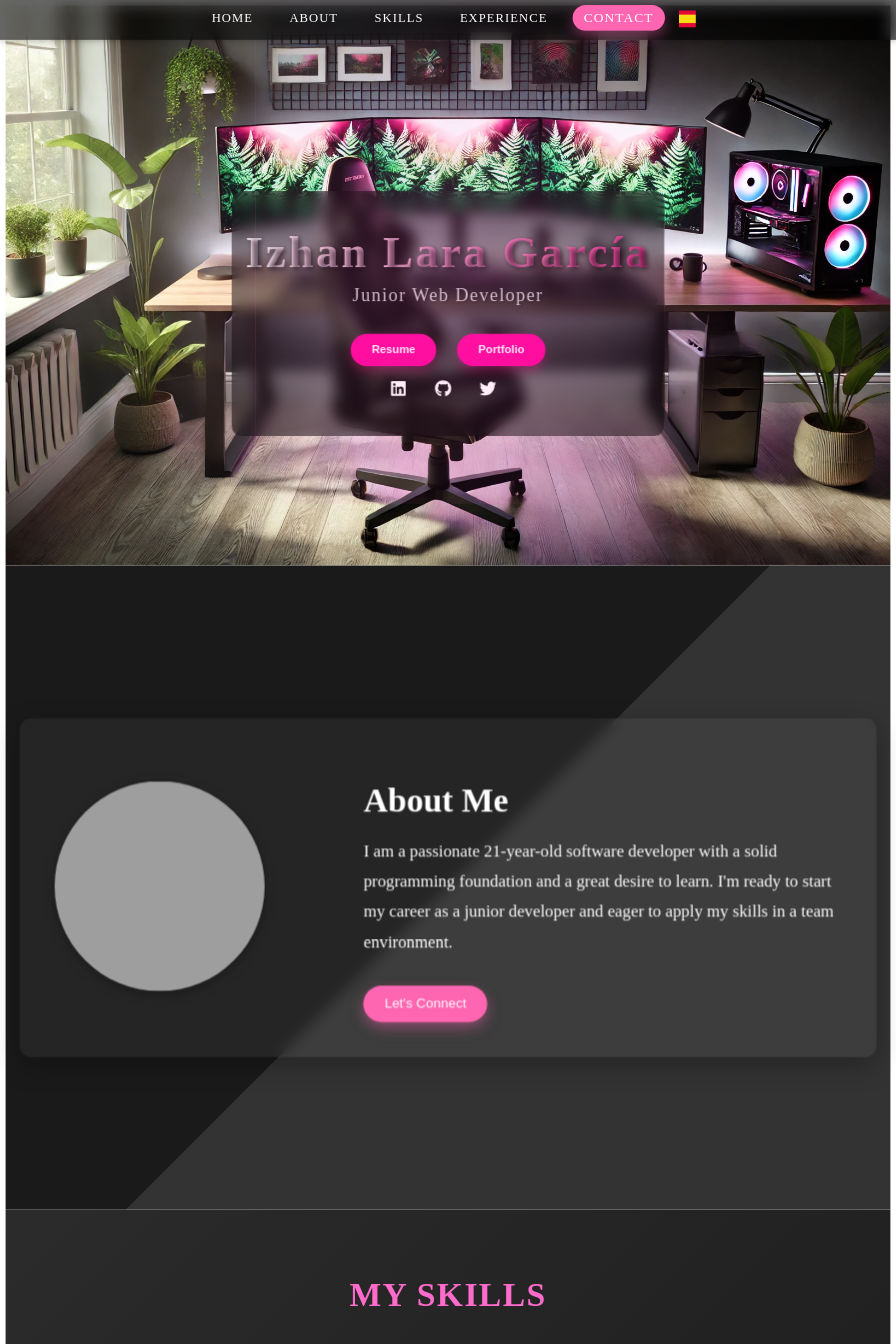
Repository: izhanlaraagarcia/izhanlaraagarcia.github.io
Page: / (app in vite-project/)
The author's editor kept a copy of each file at every save. The page is drawn from the files as they stood at one save, then again after the next save.
The browser window is 1280 px wide. The pictures show the part of the page from y = 0 to 1920 px (the page is 3164 px tall before and 3984 px after), at 70% of full size.
Pictures or frames that could not be fetched are drawn as grey boxes. The project was rebuilt for these pictures with package versions that can differ from the ones it lists, and the page was loaded fresh each time. Also part of the build but not shown: vite-project/vite.config.js.

Above is the page before, as saved 2024-09-18 12:52:30.

### vite-project/index.html
<!doctype html>
<html lang="en">

<head>
  <meta charset="UTF-8" />
  <link rel="shortcut icon" href="./public/favicon.ico" type="image/x-icon">
  <meta name="viewport" content="width=device-width, initial-scale=1.0" />
  <title>IzzyLG</title>
</head>

<body>
  <div id="root"></div>
  <script type="module" src="/src/main.jsx"></script>
</body>

</html>

### vite-project/src/App.jsx
// App.js
import React, { useState } from 'react';
import HeaderComponent from './components/HeaderComponent';
import SkillsComponent from './components/SkillsComponent';
// import ExperienceComponent from './components/ExperienceComponent';
import FooterComponent from './components/FooterComponent';
// import { Link } from 'react-scroll';


function App() {
  const [language, setLanguage] = useState('en');

  const toggleLanguage = () => {
    setLanguage(prevLang => (prevLang === 'en' ? 'es' : 'en'));
  };
  return (
    <div className="App">
      <HeaderComponent onLanguageToggle={toggleLanguage} />
      <SkillsComponent language={language} />
      {/* <ExperienceComponent /> */}
      <FooterComponent />
    </div>
  );
}

export default App;

### vite-project/src/components/HeaderComponent.jsx
import React, { useState } from 'react';
import { motion } from 'framer-motion';
import { Link } from 'react-scroll';
import { FaLinkedin, FaGithub, FaTwitter } from 'react-icons/fa';
import USFlag from '../assets/us-flag.png';
import ESFlag from '../assets/es-flag.png';
import AboutComponent from './AboutComponent';  // Asegúrate de importar el componente About
import SkillsComponent from './SkillsComponent';

const HeaderComponent = () => {
  const [language, setLanguage] = useState('en');

  const translations = {
    en: {
      name: "Izhan Lara García",
      title: "Junior Web Developer",
      resume: "Resume",
      portfolio: "Portfolio",
      menu: {
        home: "Home",
        about: "About",
        skills: "Skills",
        experience: "Experience",
        contact: "Contact",
      },
      about: {
        title: "About Me",
        description: "I am a passionate web developer with a love for creating dynamic and interactive web experiences. With over 5 years of experience in web development, I specialize in React, JavaScript, and CSS animations. My goal is to craft meaningful and visually stunning websites.",
        skills: "Skills & Expertise",
        skillsList: ["Web Development", "UI/UX Design", "JavaScript", "React", "CSS Animations"],
        button: "Contact Me",
      },
    },
    es: {
      name: "Izhan Lara García",
      title: "Desarrollador Web Junior",
      resume: "Currículum",
      portfolio: "Portafolio",
      menu: {
        home: "Inicio",
        about: "Sobre mí",
        skills: "Habilidades",
        experience: "Experiencia",
        contact: "Contacto",
      },
      about: {
        title: "Sobre Mí",
        description: "Soy un desarrollador web apasionado con amor por crear experiencias web dinámicas e interactivas. Con más de 5 años de experiencia en desarrollo web, me especializo en React, JavaScript y animaciones CSS. Mi objetivo es crear sitios web significativos y visualmente impactantes.",
        skills: "Habilidades & Experiencia",
        skillsList: ["Desarrollo Web", "Diseño UI/UX", "JavaScript", "React", "Animaciones CSS"],
        button: "Contáctame",
      },
    },
  };

  const toggleLanguage = () => {
    setLanguage((prevLang) => (prevLang === 'en' ? 'es' : 'en'));
  };

  return (
    <>
      <header className="header" id="header">
        <nav className="nav">
          <ul className="nav-list">
            <li><Link to="header" smooth={true}>{translations[language].menu.home}</Link></li>
            <li><Link to="about" smooth={true}>{translations[language].menu.about}</Link></li>
            <li><Link to="skills" smooth={true}>{translations[language].menu.skills}</Link></li>
            <li><Link to="experience" smooth={true}>{translations[language].menu.experience}</Link></li>
            <li><Link to="footer" smooth={true} className="contact-btn">{translations[language].menu.contact}</Link></li>

            <li className="lang-btn-wrapper">
              <button className="lang-btn" onClick={toggleLanguage}>
                {language === 'en' ? (
                  <img src={ESFlag} alt="Spanish Flag" className="flag-icon" />
                ) : (
                  <img src={USFlag} alt="US Flag" className="flag-icon" />
                )}
              </button>
            </li>
          </ul>
        </nav>

        <motion.div
          className="header-content"
          initial={{ opacity: 0 }}
          animate={{ opacity: 1 }}
          transition={{ duration: 1.5 }}
        >
          <motion.h1
            className="header-title"
            initial={{ scale: 0, y: -100 }}
            animate={{ scale: [1.2, 1], y: 0 }}
            transition={{ duration: 1, ease: "easeOut" }}
            whileHover={{ scale: 1.05, color: "#f09" }}
          >
            {translations[language].name}
          </motion.h1>

          <p className="header-subtitle">
            {translations[language].title}
          </p>

          <div className="header-buttons">
            <motion.button whileHover={{ scale: 1.1 }} className="btn">
              {translations[language].resume}
            </motion.button>
            <motion.button whileHover={{ scale: 1.1 }} className="btn">
              {translations[language].portfolio}
            </motion.button>
          </div>

          <div className="social-icons">
            <motion.a href="https://linkedin.com" target="_blank" whileHover={{ scale: 1.1 }}><FaLinkedin /></motion.a>
            <motion.a href="https://github.com" target="_blank" whileHover={{ scale: 1.1 }}><FaGithub /></motion.a>
            <motion.a href="https://twitter.com" target="_blank" whileHover={{ scale: 1.1 }}><FaTwitter /></motion.a>
          </div>
        </motion.div>
      </header>

      {/* Pasa el estado de idioma y las traducciones al componente About */}
      <AboutComponent language={language} translations={translations} />
    </>
  );
};

export default HeaderComponent;

### vite-project/src/components/SkillsComponent.jsx
import React from 'react';
import { motion } from 'framer-motion';

const SkillsComponent = ({ language }) => {
  // Traducciones para los títulos y habilidades
  const translations = {
    en: {
      title: 'My Skills',
      skills: [
        { name: 'Problem Solving', level: '90%' },
        { name: 'Communication', level: '85%' },
        { name: 'Work under Pressure', level: '80%' },
        { name: 'Technical Knowledge', level: '75%' },
        { name: 'Continuous Learning', level: '85%' },
        { name: 'Teamwork', level: '80%' },
      ],
    },
    es: {
      title: 'Mis Habilidades',
      skills: [
        { name: 'Resolución de problemas', level: '90%' },
        { name: 'Comunicación', level: '85%' },
        { name: 'Trabajo bajo presión', level: '80%' },
        { name: 'Conocimiento técnico', level: '75%' },
        { name: 'Aprendizaje continuo', level: '85%' },
        { name: 'Trabajo en equipo', level: '80%' },
      ],
    },
  };

  const t = translations[language] || translations.en; // Traducción en función del idioma

  const containerVariants = {
    hidden: { opacity: 0 },
    visible: {
      opacity: 1,
      transition: { staggerChildren: 0.2, delayChildren: 0.5 },
    },
  };

  const barVariants = {
    hidden: { width: '0%' },
    visible: (level) => ({
      width: level,
      transition: { duration: 2, type: 'spring', stiffness: 100 },
    }),
  };

  return (
    <motion.section
      id="skills"
      className="skills full-screen"
      initial="hidden"
      animate="visible"
      variants={containerVariants}
    >
      <motion.h3
        className="skills-title"
        initial={{ scale: 0 }}
        animate={{ scale: 1 }}
        transition={{ type: 'spring', stiffness: 200, duration: 1.5 }}
      >
        {t.title} {/* Título en función del idioma */}
      </motion.h3>

      <div className="skill-bars">
        {t.skills.map((skill, idx) => (
          <div key={idx} className="skill">
            <motion.span
              className="skill-name"
              initial={{ opacity: 0, y: -50 }}
              animate={{ opacity: 1, y: 0 }}
              transition={{ duration: 1, ease: 'easeOut' }}
            >
              {skill.name} {/* Nombre de la habilidad traducida */}
            </motion.span>
            <motion.div
              className="bar"
              custom={skill.level}
              variants={barVariants}
              initial="hidden"
              animate="visible"
            />
          </div>
        ))}
      </div>
    </motion.section>
  );
};

export default SkillsComponent;

### vite-project/src/components/FooterComponent.jsx
import React from 'react';
import { motion } from 'framer-motion';
import { FaEnvelope, FaPhone, FaLinkedin, FaGithub } from 'react-icons/fa';

const FooterComponent = () => {
  return (
    <motion.footer
      id="footer"
      className="footer"
      initial={{ opacity: 0 }}
      whileInView={{ opacity: 1 }}
      transition={{ duration: 1 }}
    >
      <div className="footer-content">
        <div className="contact-info">
          <h3>Contact Me</h3>
          <p>Izhan Lara García | Palma de Mallorca</p>
          <p><FaEnvelope /> Email: izhanlara@gmail.com</p>
          <p><FaPhone /> Phone: +34 650 06 70 14</p>
        </div>

        <div className="contact-form">
          <h3>Send a Message</h3>
          <form>
            <input type="text" placeholder="Your Name" required />
            <input type="email" placeholder="Your Email" required />
            <textarea placeholder="Your Message" required></textarea>
            <motion.button
              type="submit"
              whileHover={{ scale: 1.05 }}
              transition={{ duration: 0.3 }}
              className="submit-btn"
            >
              Send
            </motion.button>
          </form>
        </div>

        <div className="social-links">
          <h3>Follow Me</h3>
          <motion.a
            whileHover={{ scale: 1.2 }}
            transition={{ duration: 0.3 }}
            href="https://www.linkedin.com/in/izhan-lara-garcia"
            aria-label="LinkedIn"
          >
            <FaLinkedin />
          </motion.a>
          <motion.a
            whileHover={{ scale: 1.2 }}
            transition={{ duration: 0.3 }}
            href="https://github.com/izhanlaraagarcia"
            aria-label="GitHub"
          >
            <FaGithub />
          </motion.a>
        </div>
      </div>

      <div className="footer-bottom">
        <p>&copy; {new Date().getFullYear()} Izhan Lara García</p>
      </div>
    </motion.footer>
  );
};

export default FooterComponent;

### vite-project/src/components/AboutComponent.jsx
import React from 'react';
import { motion } from 'framer-motion';

// Variantes de animación para un efecto impresionante
const containerVariants = {
  hidden: { opacity: 0, y: 100 },
  visible: {
    opacity: 1,
    y: 0,
    transition: { duration: 1.2, ease: "easeOut", when: "beforeChildren", staggerChildren: 0.3 }
  },
};

const textVariants = {
  hidden: { opacity: 0, y: 20 },
  visible: { opacity: 1, y: 0, transition: { duration: 1, ease: "easeOut" } }
};

const buttonVariants = {
  hover: {
    scale: 1.1,
    backgroundColor: "#ff66b2",
    transition: { duration: 0.3, yoyo: Infinity }
  }
};

const AboutComponent = ({ language }) => {
  const translations = {
    en: {
      title: "About Me",
      description: "I am a passionate 21-year-old software developer with a solid programming foundation and a great desire to learn. I'm ready to start my career as a junior developer and eager to apply my skills in a team environment.",
      button: "Let's Connect",
    },
    es: {
      title: "Sobre Mí",
      description: "Soy un apasionado desarrollador de software de 21 años con una sólida base en programación y un gran deseo de aprender. Estoy listo para comenzar mi carrera como desarrollador junior y aplicar mis habilidades en un entorno de equipo.",
      button: "Conectemos",
    },
  };

  const t = translations[language] || translations['en'];

  return (
    <section id="about" className="about-section">
      <motion.div
        className="about-content"
        variants={containerVariants}
        initial="hidden"
        animate="visible"
      >
        <motion.div
          className="profile-image-wrapper"
          whileHover={{ scale: 1.05, rotate: 3 }}
          transition={{ duration: 0.6, ease: "easeOut" }}
        >
          <img
            src="https://fiverr-res.cloudinary.com/images/t_main1,q_auto,f_auto,q_auto,f_auto/gigs/343888962/original/6390876df1dceff78be91e8b27e84e33a85e5248/design-animated-discord-pfp-banner-avatar-and-icon.jpg"
            alt="Profile"
            className="profile-image"
          />
        </motion.div>

        <motion.div className="about-text" variants={textVariants}>
          <h2 className="about-title">{t.title}</h2>
          <p className="about-description">{t.description}</p>

          <motion.button
            className="contact-btn"
            variants={buttonVariants}
            whileHover="hover"
          >
            {t.button}
          </motion.button>
        </motion.div>
      </motion.div>
    </section>
  );
};

export default AboutComponent;

Loaded but not shown: vite-project/src/main.jsx (common file); vite-project/src/index.css (522 lines, source omitted)

After the next save:
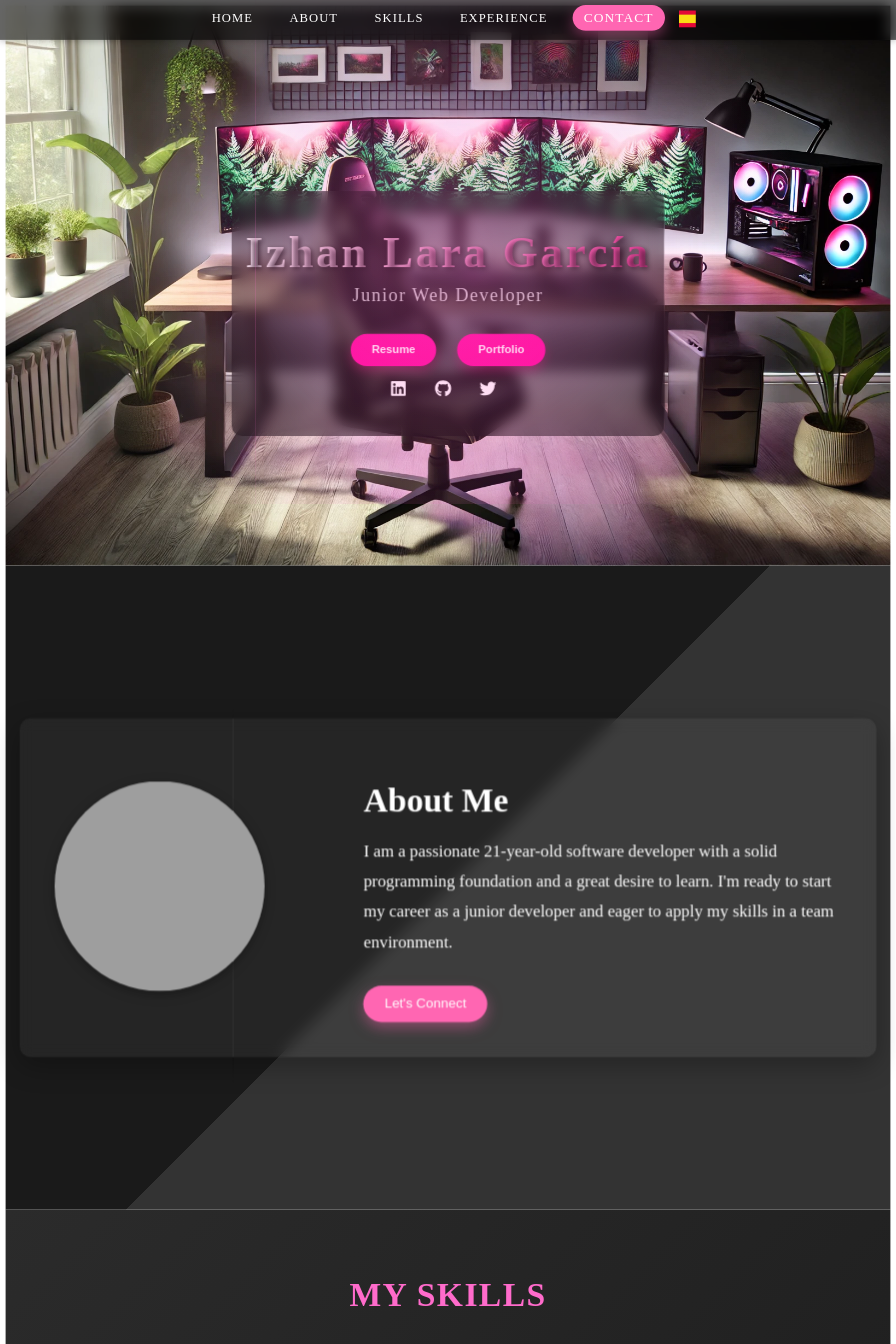
Saved 20 s later.
--- a/vite-project/src/components/HeaderComponent.jsx
+++ b/vite-project/src/components/HeaderComponent.jsx
@@ -119,6 +119,8 @@ const HeaderComponent = () => {
 
       {/* Pasa el estado de idioma y las traducciones al componente About */}
       <AboutComponent language={language} translations={translations} />
+      <SkillsComponent language={language} />
+
     </>
   );
 };

After the save that followed:
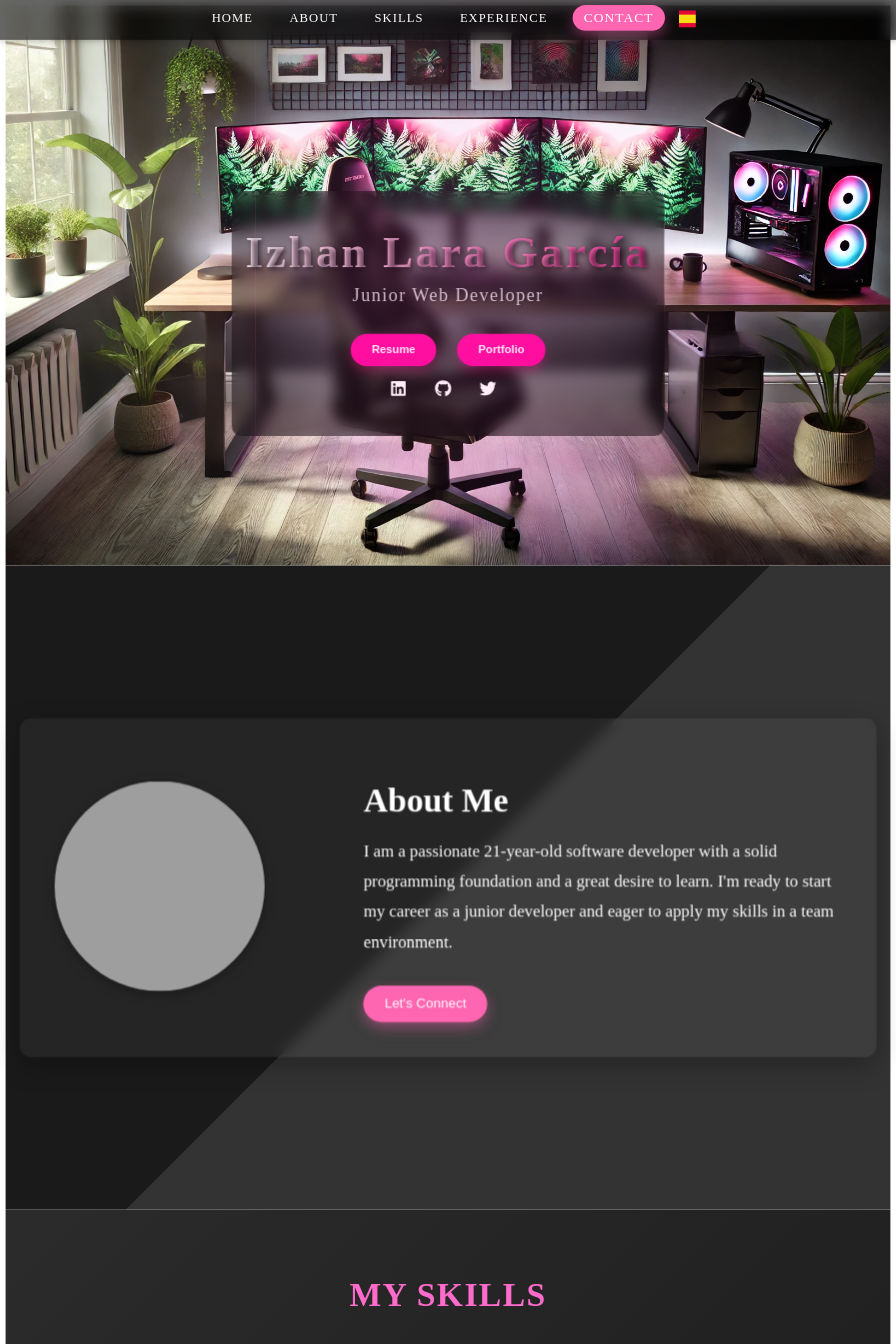
Saved 10 s later.
--- a/vite-project/src/App.jsx
+++ b/vite-project/src/App.jsx
@@ -16,8 +16,6 @@ function App() {
   return (
     <div className="App">
       <HeaderComponent onLanguageToggle={toggleLanguage} />
-      <SkillsComponent language={language} />
-      {/* <ExperienceComponent /> */}
       <FooterComponent />
     </div>
   );
